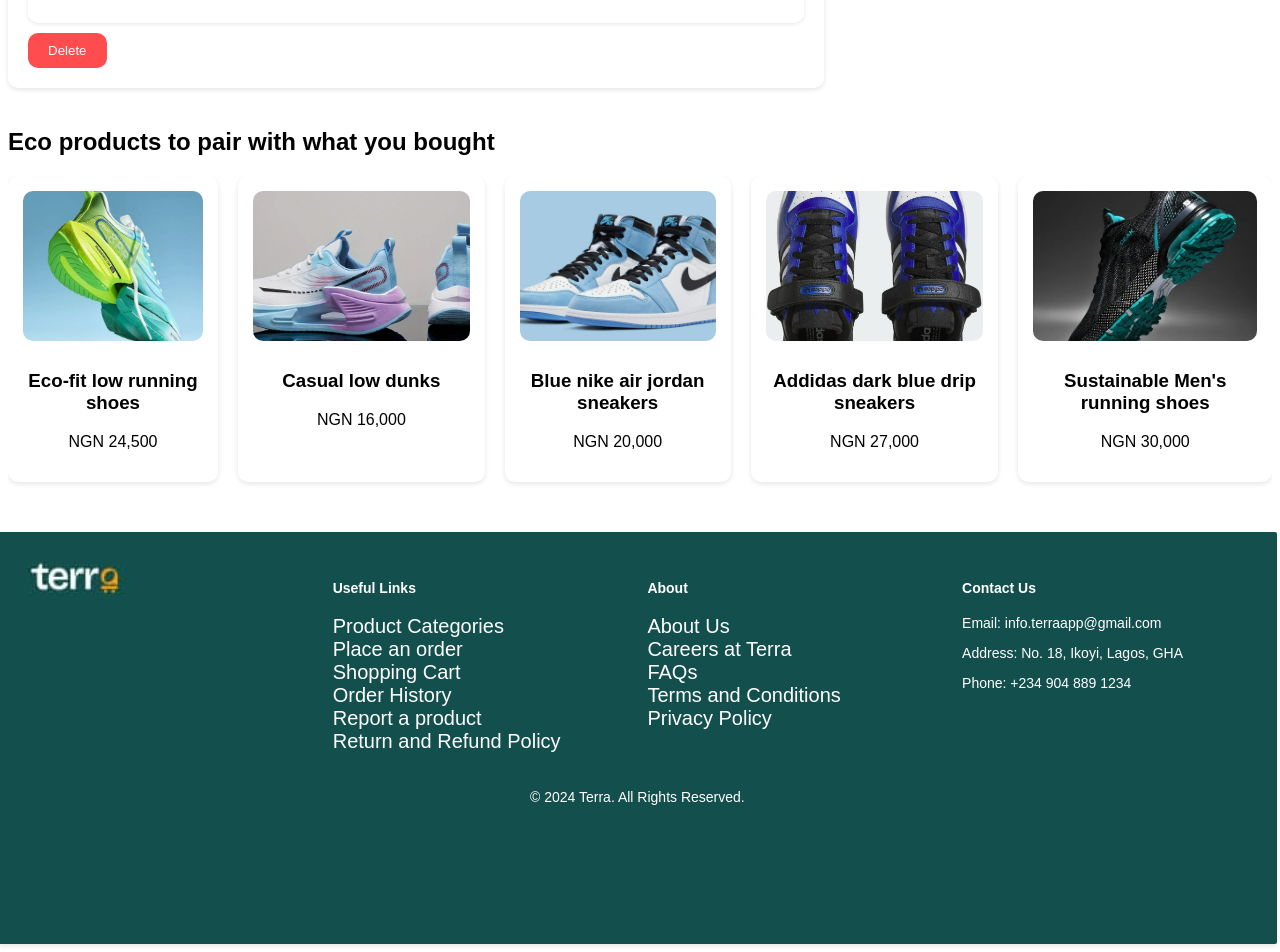
Repository: Femi007-gh/e-commerce
Page: index.html
These files come from the project's save history. The page is drawn as it stood at one moment and after a run of saves; the edit follows.
The browser window is 1280 px wide. The pictures show the part of the page from y = 1208 to 2160 px (the page is 2160 px tall).
A picture or video elsewhere on the page could not be fetched, so the positions and the page height are approximate.

Above is the page before, as saved 2025-04-29 12:25:57.

### index.html
<html>
    <head>
      <title>Shopping Cart Page</title>
      <link rel="stylesheet" href="style.css">
    </head>
  <body>
    <header>
    <div class="div1">
<div class="top-bar">
  <div class="left">
    <div class="dropdown">
      <button class="dropbtn">Help</button>
    </div>
    <div class="dropdown">
      <button class="dropbtn">English ▼</button>
      <div class="dropdown-content">
        <a href="#">English</a>
        <a href="#">Japanese</a>
        <a href="#">Korean</a>
      </div>
    </div>
  </div>
  <div class="right">
    <div class="dropdown">
      <button class="dropbtn">Nigeria ▼</button>
      <div class="dropdown-content">
        <a href="#">Nigeria</a>
        <a href="#">USA</a>
        <a href="#">China</a>
        </div>
      </div>
     </div>
   </div>
  </div>

<nav class="nav-bar">
  <div class="logo"><img src="terra.jpg" class="ter"></div>
  <div class="search-bar">
    <input type="text" placeholder="Search products, categories, and brands">
    <button>Search</button>
  </div>
  <div class="nav-icons">
    <img src="account.jpg"><a href="#">Account</a>
    <img src="category.jpg"><a href="#">Categories</a>
    <img src="cart.png" class="cat"><a href="#">Cart</a>
  </div>
</nav>


<main class="cart-page">
  <section class="cart-section">
    <h2>Cart items</h2>

    <div class="cart-items">
      <div class="cart-item">
        <input type="checkbox">
        <img src="glass.jpg" alt="Retro Chic Eye Sunglasses">
        <div class="item-details">
          <h3>2023 Retro Chic Eye Sunglasses</h3>
          <p class="price">NGN 2,500</p>
          <p class="stock in-stock">In Stock</p>
        </div>
        <div class="item-quantity">
          <button class="minus">-</button>
          <span>1</span>
          <button>+</button>
        </div>
      </div>
      </div>

      <div class="cart-item">
        <input type="checkbox">
        <img src="roll.jpg" alt="Ruby plated facial roller blade">
        <div class="item-details">
          <h3>Ruby plated facial roller blade</h3>
          <p class="price">NGN 6,000</p>
          <p class="stock low-stock">Only 5 left</p>
        </div>
        <div class="item-quantity">
          <button class="minus">-</button>
          <span>1</span>
          <button>+</button>
        </div>
      </div>

      <div class="cart-item">
        <input type="checkbox">
        <img src="bamboo.jpeg" alt="Bamboo made side pouch satchel">
        <div class="item-details">
          <h3>Bamboo made side pouch satchel</h3>
          <p class="price">NGN 25,500</p>
          <p class="stock in-stock">In Stock</p>
        </div>
        <div class="item-quantity">
          <button class="minus">-</button>
          <span>1</span>
          <button>+</button>
        </div>
      </div>

      <button class="delete-btn">Delete</button>
    </div>
  </section>




<aside class="cart-summary">
  <h2>Cart Total</h2>
  <p>Total items: 3 items</p>
  <p>Sub Total: NGN 1,000</p>
  <p class="total">Total: NGN 34,000</p>
  <button class="checkout-btn">Proceed to Checkout</button>
</aside>
</main>

<section class="recommendation-section">
  <h2>Eco products to pair with what you bought</h2>

  <div class="recommendations">
    <div class="product">
      <img src="low.jpg" alt="Eco-fit low running shoes">
      <h3>Eco-fit low running shoes</h3>
      <p>NGN 24,500</p>
    </div>
    <div class="product">
      <img src="girl.jpg" alt="Casual low dunks">
      <h3>Casual low dunks</h3>
      <p>NGN 16,000</p>
    </div>
    <div class="product">
      <img src="nike.jpg" alt="Black Love themed bamboo high tops">
      <h3>Blue nike air jordan sneakers</h3>
      <p>NGN 20,000</p>
    </div>
    <div class="product">
      <img src="adidas.jpg" alt="White Love themed bamboo high tops">
      <h3>Addidas dark blue drip sneakers</h3>
      <p>NGN 27,000</p>
    </div>
    <div class="product">
      <img src="men.jpg" alt="Sustainable Men's running shoes">
      <h3>Sustainable Men's running shoes</h3>
      <p>NGN 30,000</p>
    </div>
  </div>
</section>

<footer class="footer">
  <div class="footer-top">
    <div class="footer-logo"><img src="a.jpg"></div>
    <div class="footer-links">
      <h4>Useful Links</h4>
      <ul>
        <li><a href="#">Product Categories</a></li>
        <li><a href="#">Place an order</a></li>
        <li><a href="#">Shopping Cart</a></li>
        <li><a href="#">Order History</a></li>
        <li><a href="#">Report a product</a></li>
        <li><a href="#">Return and Refund Policy</a></li>
      </ul>
    </div>
    <div class="footer-about">
      <h4>About</h4>
      <ul>
        <li><a href="#">About Us</a></li>
        <li><a href="#">Careers at Terra</a></li>
        <li><a href="#">FAQs</a></li>
        <li><a href="#">Terms and Conditions</a></li>
        <li><a href="#">Privacy Policy</a></li>
      </ul>
    </div>
    <div class="footer-contact">
      <h4>Contact Us</h4>
      <p>Email: info.terraapp@gmail.com</p>
      <p>Address: No. 18, Ikoyi, Lagos, GHA</p>
      <p>Phone: +234 904 889 1234</p>
    </div>
  </div>

  <div class="footer-bottom">
    <p>&copy; 2024 Terra. All Rights Reserved.</p>
  </div>
</footer>
  </body>
</html>

### style.css
body{
  font-family: Arial;
}
.div1{
  background-color: #595959;
  width: 101%;
  height: 50px;
  margin-left: -10px;
  margin-top: -10px;
}
.top-bar {
  background-color:  #595959;
  color: white;
  padding: 10px 20px;
  display: flex;
  justify-content: space-between;
  font-size: 14px;
}

.top-bar .left, .top-bar .right {
  display: flex;
  align-items: center;
}

.dropdown {
  position: relative;
  margin-right: 20px;
}

.dropbtn {
  background: none;
  border: none;
  color: white;
  cursor: pointer;
  font-size: 14px;
}

.dropdown-content {
  display: none;
  position: absolute;
  background-color: white;
  color:  #595959;
  min-width: 100px;
  border-radius: 5px;
  box-shadow: 0px 8px 16px rgba(0,0,0,0.2);
  z-index: 1;
}

.dropdown-content a {
  padding: 8px 12px;
  display: block;
  text-decoration: none;
  color: black;
}

.dropdown-content a:hover {
  background-color: #f1f1f1;
}

.dropdown:hover .dropdown-content {
  display: block;
}

.nav-icons a {
  margin-left: 20px;
  text-decoration: none;
  color: #333;
  font-weight: 600;
}


/* Nav bar */
.nav-bar {
  display: flex;
  justify-content: space-between;
  align-items: center;
  background: white;
  padding: 15px 20px;
  margin-bottom: 20px;
  border-radius: 10px;
}

.nav-bar .logo {
  font-weight: 700;
  font-size: 24px;
}

.search-bar {
  flex: 1;
  margin: 0 20px;
  display: flex;
}

.search-bar input {
  flex: 1;
  padding: 8px 12px;
  border: 1px solid #ccc;
  border-right: none;
  border-radius: 10px 0 0 10px;
  height: 40px;
}

.search-bar button {
  padding: 8px 20px;
  background-color: orange;
  color: white;
  border: none;
  border-radius: 0 10px 10px 0;
  cursor: pointer;
}

.nav-icons a {
  margin-left: 20px;
  text-decoration: none;
  color: #333;
}



/* Cart summary */
.cart-summary {
  flex: 1;
  background: white;
  padding: 20px;
  border-radius: 10px;
  box-shadow: 0 2px 5px rgba(0,0,0,0.1);
  height: fit-content;
}

.cart-summary h2 {
  margin-bottom: 20px;
}

.cart-summary p {
  margin-bottom: 10px;
}

.cart-summary .total {
  font-weight: bold;
  font-size: 18px;
  margin: 20px 0;
}

.checkout-btn {
  background-color: orange;
  color: white;
  width: 100%;
  padding: 12px;
  border: none;
  border-radius: 10px;
  cursor: pointer;
  font-size: 16px;
}


/* Cart page */
.cart-page {
  display: flex;
  gap: 20px;
  margin-bottom: 40px;
}

.cart-section {
  flex: 2;
  background: white;
  padding: 20px;
  border-radius: 10px;
  box-shadow: 0 2px 5px rgba(0,0,0,0.1);
}

.cart-section h2 {
  margin-bottom: 20px;
}

.cart-items {
  display: flex;
  flex-direction: column;
  gap: 20px;
}

.cart-item {
  display: flex;
  align-items: center;
  gap: 20px;
  background: white;
  padding: 15px;
  border-radius: 10px;
  box-shadow: 0 1px 4px rgba(0,0,0,0.1);
}

.cart-item img {
  width: 80px;
  height: 80px;
  object-fit: cover;
  border-radius: 10px;
}

.item-details {
  flex: 1;
}

.item-details h3 {
  margin-bottom: 5px;
}

.item-details .price {
  font-weight: bold;
  margin-bottom: 5px;
}

.item-details .stock {
  font-size: 13px;
}

.stock.in-stock {
  color: green;
}

.stock.low-stock {
  color: orange;
}

.quantity-controls span {
  font-size: 18px;
}

.delete-btn {
  background: #ff4d4f;
  color: white;
  padding: 10px 20px;
  border: none;
  border-radius: 10px;
  cursor: pointer;
  margin-top: 10px;
}



.item-quantity {
  display: flex;
  align-items: center;
}

.item-quantity button {
  background-color: orange;
  border: none;
  padding: 10px 20px;
  margin: 0 0.5rem;
  border-radius: 10px;
}

.delete-cart {
  text-align: right;
  margin-top: 1rem;
}

.ter {
  height: 100px;
  width: 120px;
  margin-left: -30px;
}

/* Recommendation section */
.recommendation-section {
  margin-bottom: 40px;
}

.recommendation-section h2 {
  margin-bottom: 20px;
}

.recommendations {
  display: flex;
  gap: 20px;
  overflow-x: auto;
}

.product {
  background: white;
  padding: 15px;
  border-radius: 10px;
  box-shadow: 0 2px 5px rgba(0,0,0,0.1);
  min-width: 180px;
  text-align: center;
  margin-bottom: 10px;
}

.product img {
  width: 100%;
  height: 150px;
  object-fit: cover;
  margin-bottom: 10px;
  border-radius: 10px;
}

.cat {
  height: 30px;
}

/* Footer */
.footer {
  background: #134F4D;
  padding: 30px 20px;
  border-radius: 2px;
  box-shadow: 0 2px 5px rgba(0,0,0,0.1);
  width: 98%;
  margin-left: -10px;
  height: 50%;
}

.footer-top {
  display: flex;
  flex-wrap: wrap;
  gap: 20px;
  margin-bottom: 20px;
}

.footer-logo {
  flex: 1;
  font-weight: 700;
  font-size: 24px;
}

.footer-links, .footer-about, .footer-contact {
  flex: 1;
  min-width: 200px;
}

.footer-links ul, .footer-about ul {
  list-style: none;
  margin-top: 10px;
}

.footer-links a, .footer-about a {
  text-decoration: none;
  color: white;
  font-size: 14px;
  font-size: 20px;
  margin-left: -40px;
}

.footer-contact p {
  margin-top: 10px;
  font-size: 14px;
  color: white;
}

.footer-bottom {
  text-align: center;
  font-size: 14px;
  color: white;
  margin-top: 10px;
}

h4 {
  color: white;
  font-size: 14px;
}

After the next 3 saves:
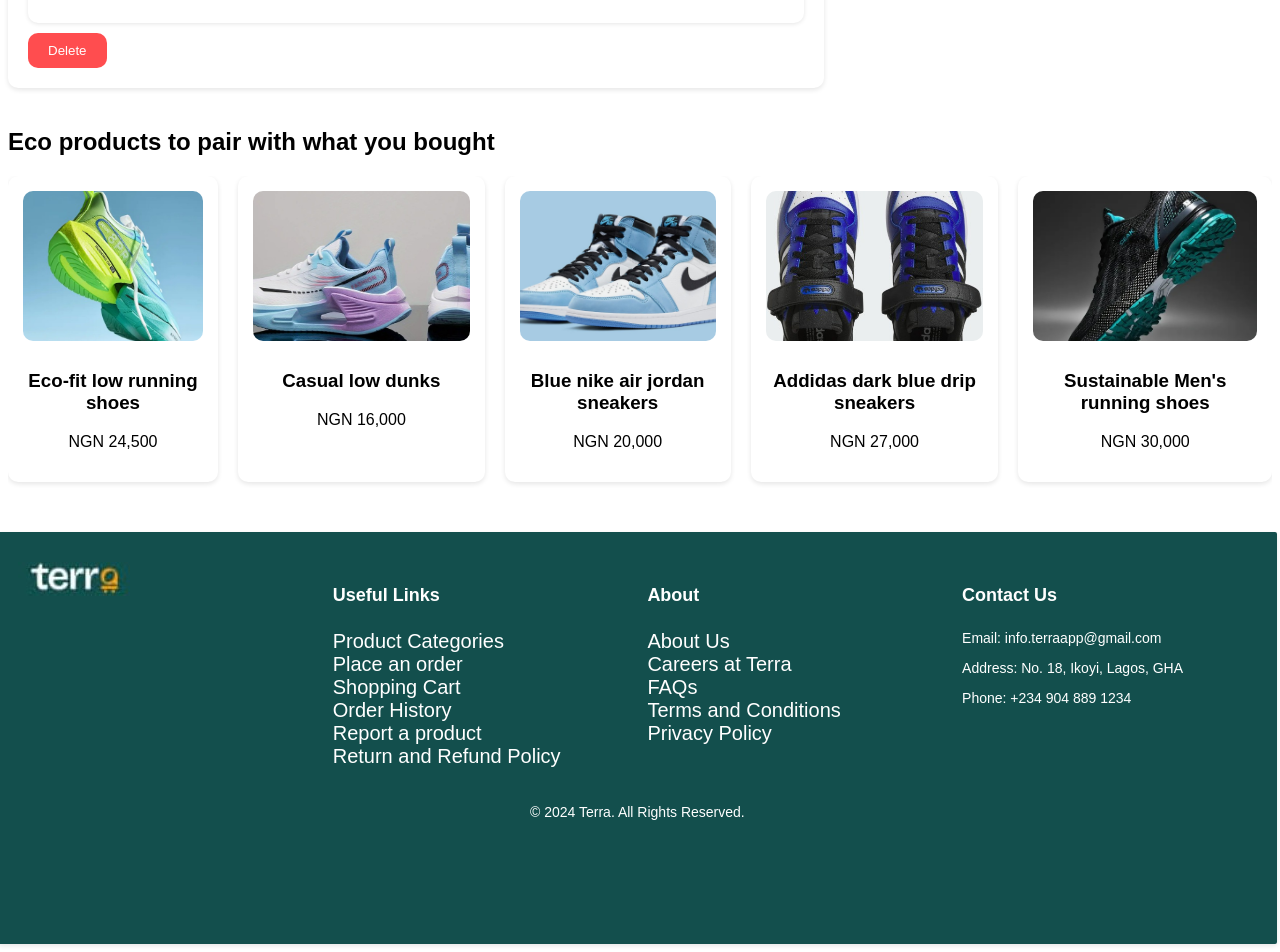
The 3 saves are shown as one change because they came seconds apart.
The last was saved 9 s later.
--- a/style.css
+++ b/style.css
@@ -354,5 +354,5 @@
 
 h4 {
   color: white;
-  font-size: 14px;
-}
+  font-size: 18px;
+}
